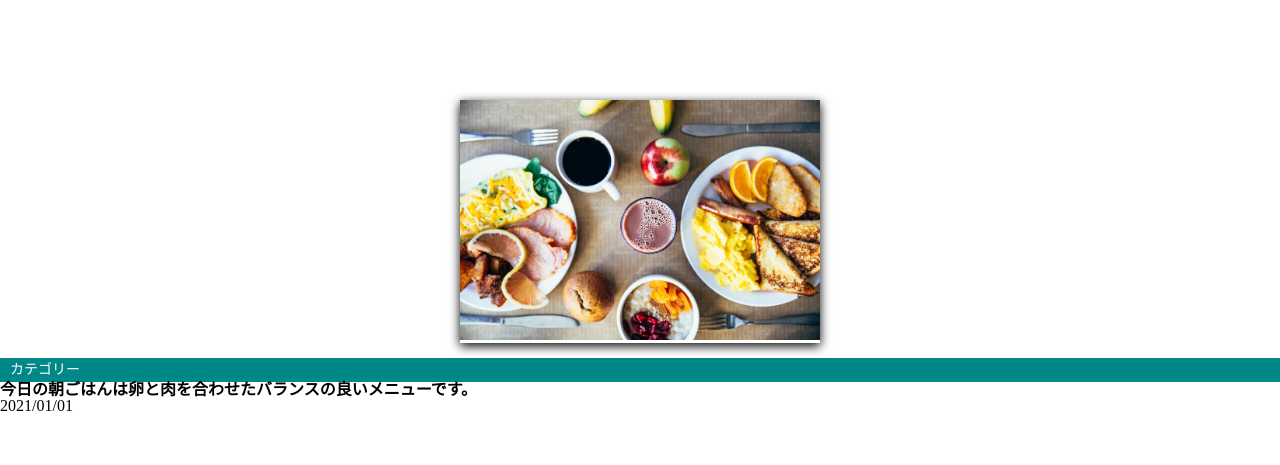
Repository: yosuke257/20231104_watanabe_css
Page: coachtech/html-css/index.html
An editor plug-in stored every save of this project. The page is shown before and after the next save, followed by the edit.
The browser window is 1280 px wide. The pictures show the whole page.

Above is the page before, as saved 2023-10-23 00:18:32.

After the next save:
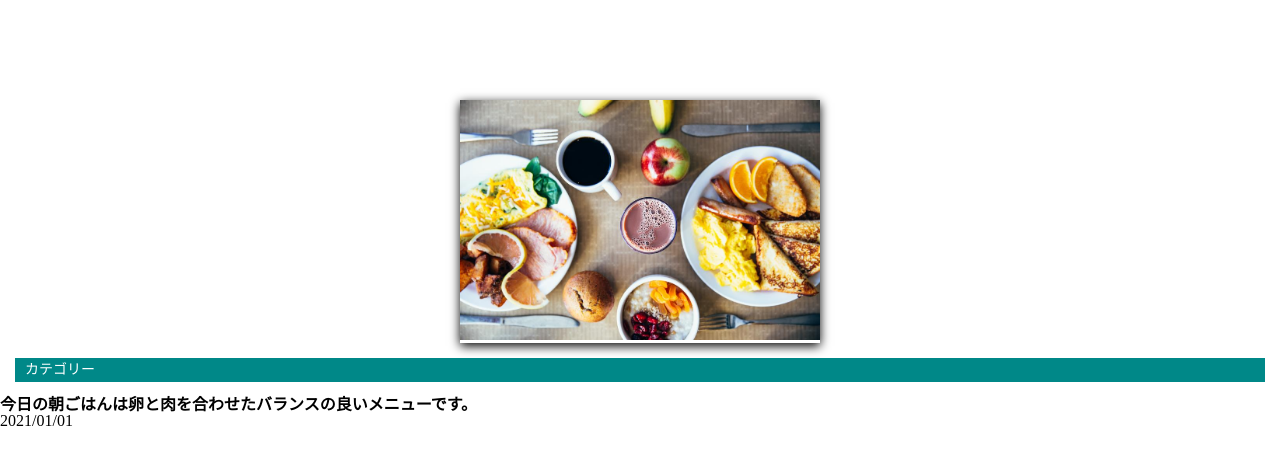
Saved 14 s later.
--- a/coachtech/html-css/css/style.css
+++ b/coachtech/html-css/css/style.css
@@ -13,6 +13,6 @@
     background-color: #008888;
     color: #fff;
     padding: 5px 10px;
-    margin-top: 15px;
+    margin: 15px;
 
 }
